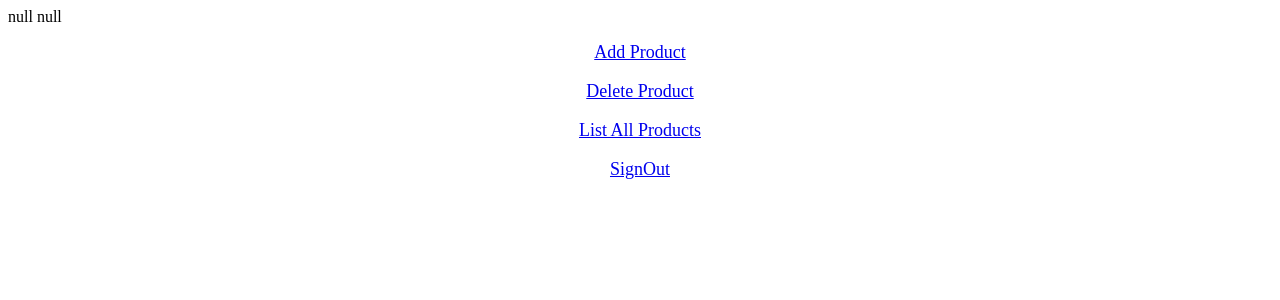
Repository: deevanshu07/Projects
Page: http://localhost/Assignment2_Dynamic/Adminservices.jsp
These files come from the project's save history. The page is drawn as it stood at one moment and after the next save; the edit follows.
The browser window is 1280 px wide. The pictures show the whole page.
The page is served by Tomcat 9.

Above is the page before, as saved 2015-03-21 12:51:09.

After the next save:
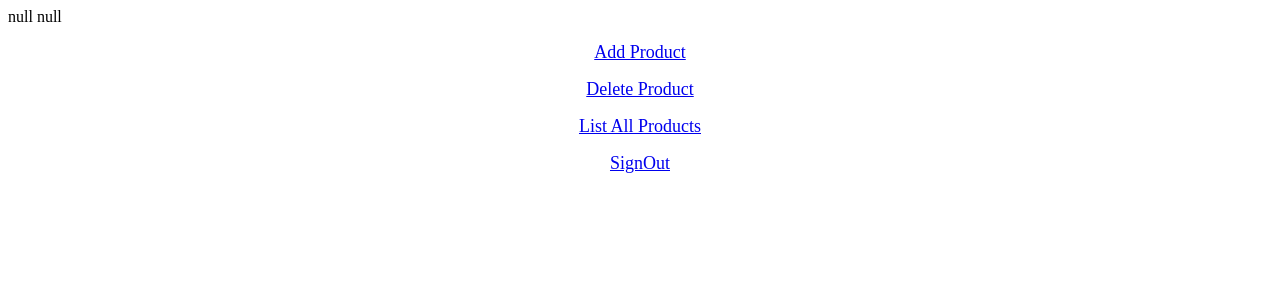
Saved 33 s later.
--- a/BOOT_CAMP_PROJECTS/Deevanshu1/Assignment2_Dynamic/WebContent/Adminservices.jsp
+++ b/BOOT_CAMP_PROJECTS/Deevanshu1/Assignment2_Dynamic/WebContent/Adminservices.jsp
@@ -16,10 +16,10 @@ PrintWriter pw= response.getWriter();
 pw.println(userId+"\t"+password);
 %>
 <div align="center">
-<p><a href="Addproduct.jsp"><font size=4px>Add Product</a></p>
-<p><a href="Deleteproduct.jsp"><font size=4px>Delete Product</a></p>
-<p><a href="Listproducts"><font size=4px>List All Products</a></p>
-<a href="SignOut.jsp"><font size=4px>SignOut</a>
+<p><a href="Addproduct.jsp"><font size=4px>Add Product</font></a></p>
+<p><a href="Deleteproduct.jsp"><font size=4px>Delete Product</font></a></p>
+<p><a href="Listproducts"><font size=4px>List All Products</font></a></p>
+<a href="SignOut.jsp"><font size=4px>SignOut</font></a>
 </div>
 </body>
 </html>
